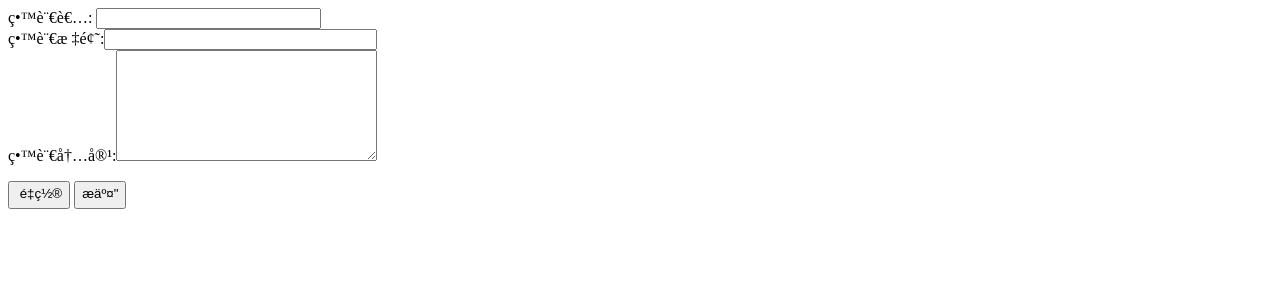
Repository: wikelgc/JSP
Page: http://localhost/HTML5_from/
The author's editor kept a copy of each file at every save. The page is drawn from the files as they stood at one save, then again after the next save.
The browser window is 1280 px wide. The pictures show the whole page.
The page is served by Tomcat 9.

Above is the page before, as saved 2015-06-02 08:06:57.

### HTML5_from/WebRoot/index.jsp
<%@ page language="java" import="java.util.*" pageEncoding="ISO-8859-1"%>
<%
String path = request.getContextPath();
String basePath = request.getScheme()+"://"+request.getServerName()+":"+request.getServerPort()+path+"/";
%>

<!DOCTYPE HTML PUBLIC "-//W3C//DTD HTML 4.01 Transitional//EN">
<html>
  <head>
    <base href="<%=basePath%>">

    <title>My JSP 'index.jsp' starting page</title>
	<meta http-equiv="pragma" content="no-cache">
	<meta http-equiv="cache-control" content="no-cache">
	<meta http-equiv="expires" content="0">
	<meta http-equiv="keywords" content="keyword1,keyword2,keyword3">
	<meta http-equiv="description" content="This is my page">
	<!--
	<link rel="stylesheet" type="text/css" href="styles.css">
	-->
  </head>

  <body>
    <from action = "addWord" method = "post">
    	留言者:&nbsp<input type="text" name="author" size="25"><br>
    	留言标题:<input type = "text" name = "title" size="31" ><br>
    	留言内容:<textarea name = "content" rows= "7" cols = "30" ></textarea><br>
    	<p>
    	  <input type = "reset" value=" 重置">
    	  <input type = "submit" value = 提交">
    	</p>
    </from>
  </body>
</html>

After the next save:
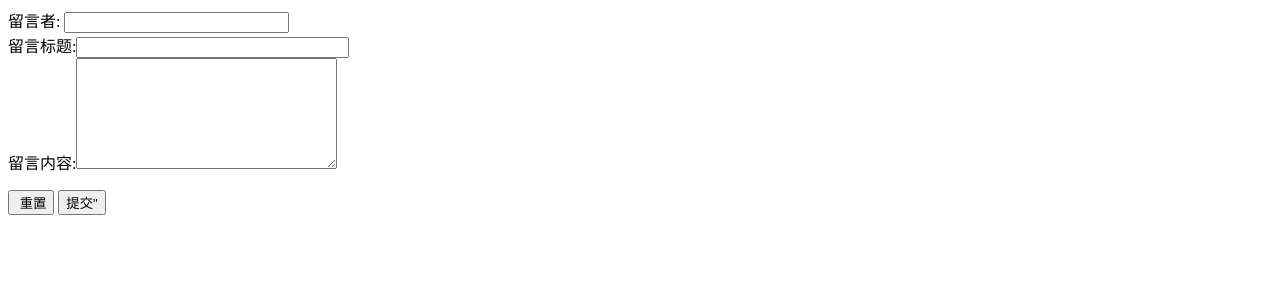
Saved 18 s later.
--- a/HTML5_from/WebRoot/index.jsp
+++ b/HTML5_from/WebRoot/index.jsp
@@ -1,4 +1,4 @@
-<%@ page language="java" import="java.util.*" pageEncoding="ISO-8859-1"%>
+<%@ page language="java" import="java.util.*" pageEncoding="utf-8"%>
 <%
 String path = request.getContextPath();
 String basePath = request.getScheme()+"://"+request.getServerName()+":"+request.getServerPort()+path+"/";
